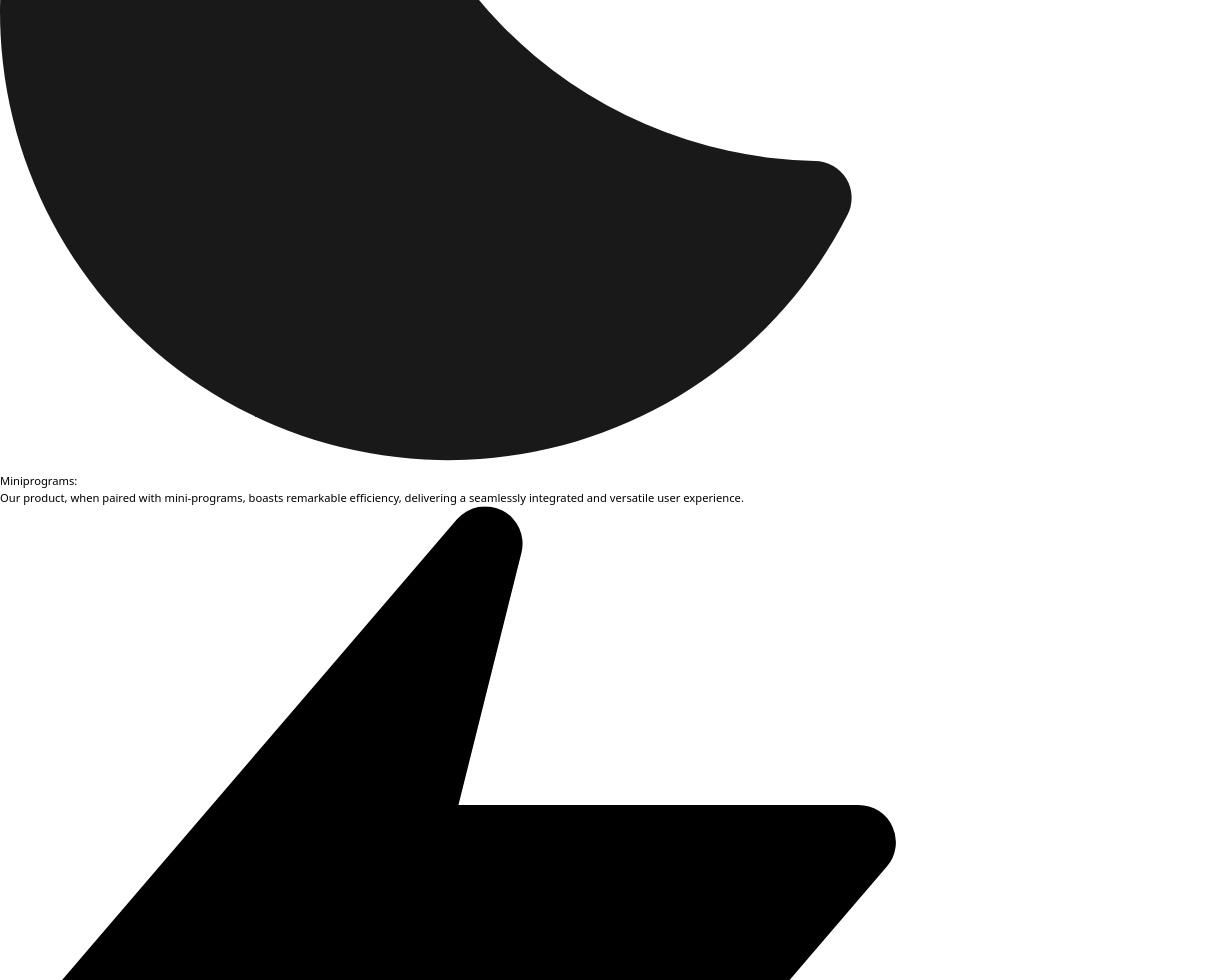
Repository: BarrySong97/flysky-landing
Page: /
The author's editor kept a copy of each file at every save. The page is drawn from the files as they stood at one save, then again after a run of saves.
The browser window is 1280 px wide. The page is 1760 px wide, so the pictures cover 1760 px, including what lies to the right of the window. The pictures show the part of the page from y = 4839 to 6239 px (the page is 23751 px tall), at 70% of full size.
The project was rebuilt for these pictures with package versions that can differ from the ones it lists, and the page was loaded fresh each time. Also part of the build but not shown: vite.config.js, src/partials/Banner.jsx, src/pages/SignIn.jsx, src/pages/SignUp.jsx, src/pages/ResetPassword.jsx.

Above is the page before, as saved 2023-12-10 09:49:36.

After the next 3 saves:
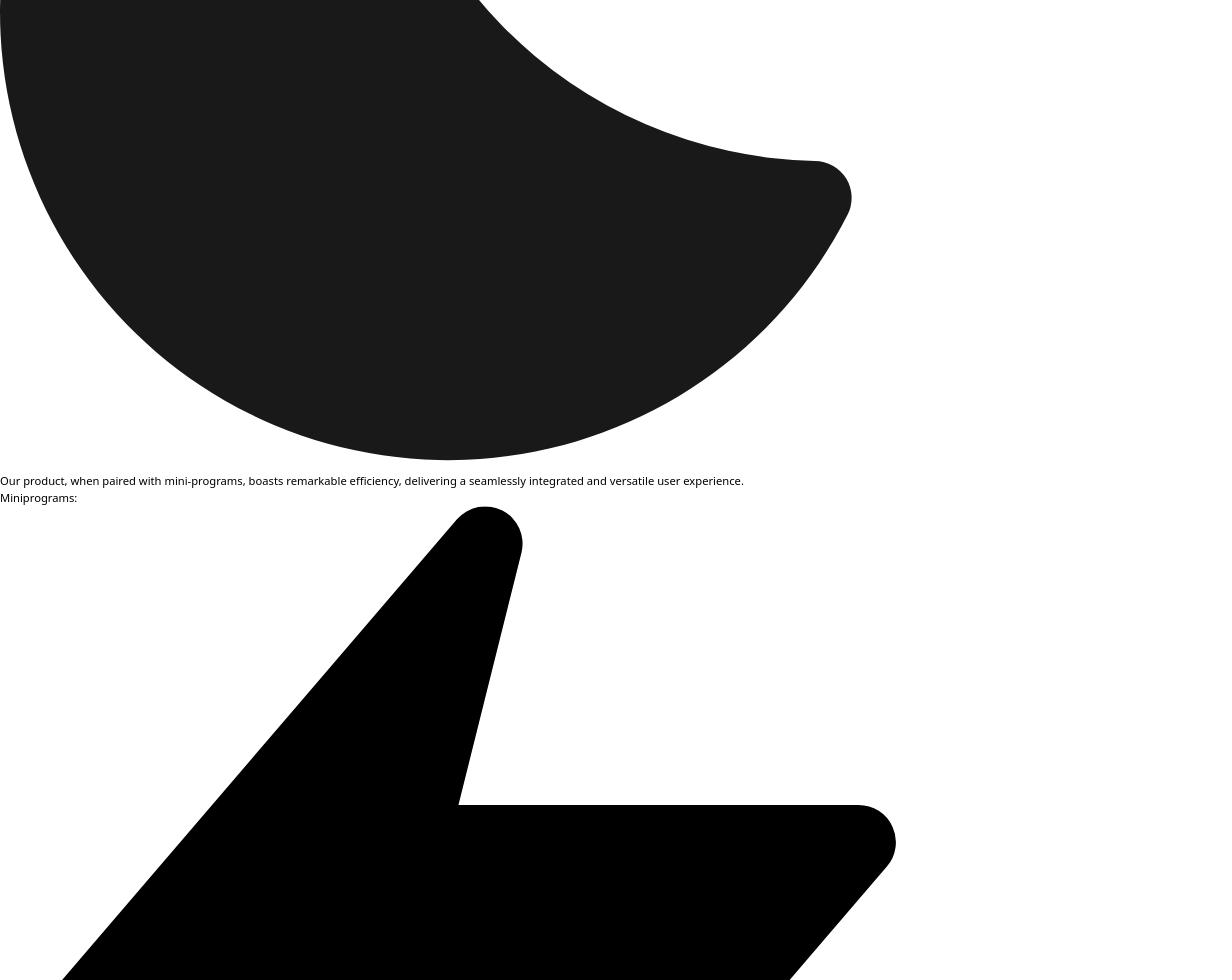
The 3 saves are shown as one change because they came seconds apart.
The last was saved 38 s later.
--- a/src/partials/Features.jsx
+++ b/src/partials/Features.jsx
@@ -173,15 +173,14 @@
                   }}
                 >
                   <div>
-                    <div className="font-bold leading-snug tracking-tight mb-1">
-                      Miniprograms:
-                    </div>
-                    <div className="font-bold leading-snug tracking-tight mb-1">
+                    <div className="text-gray-600">
                       Our product, when paired with mini-programs, boasts
                       remarkable efficiency, delivering a seamlessly integrated
                       and versatile user experience.
                     </div>
-                    <div className="text-gray-600"></div>
+                    <div className="font-bold leading-snug tracking-tight mb-1">
+                      Miniprograms:
+                    </div>
                   </div>
                   <div className="flex justify-center items-center w-8 h-8 bg-white rounded-full shadow flex-shrink-0 ml-3">
                     <svg

After the save that followed:
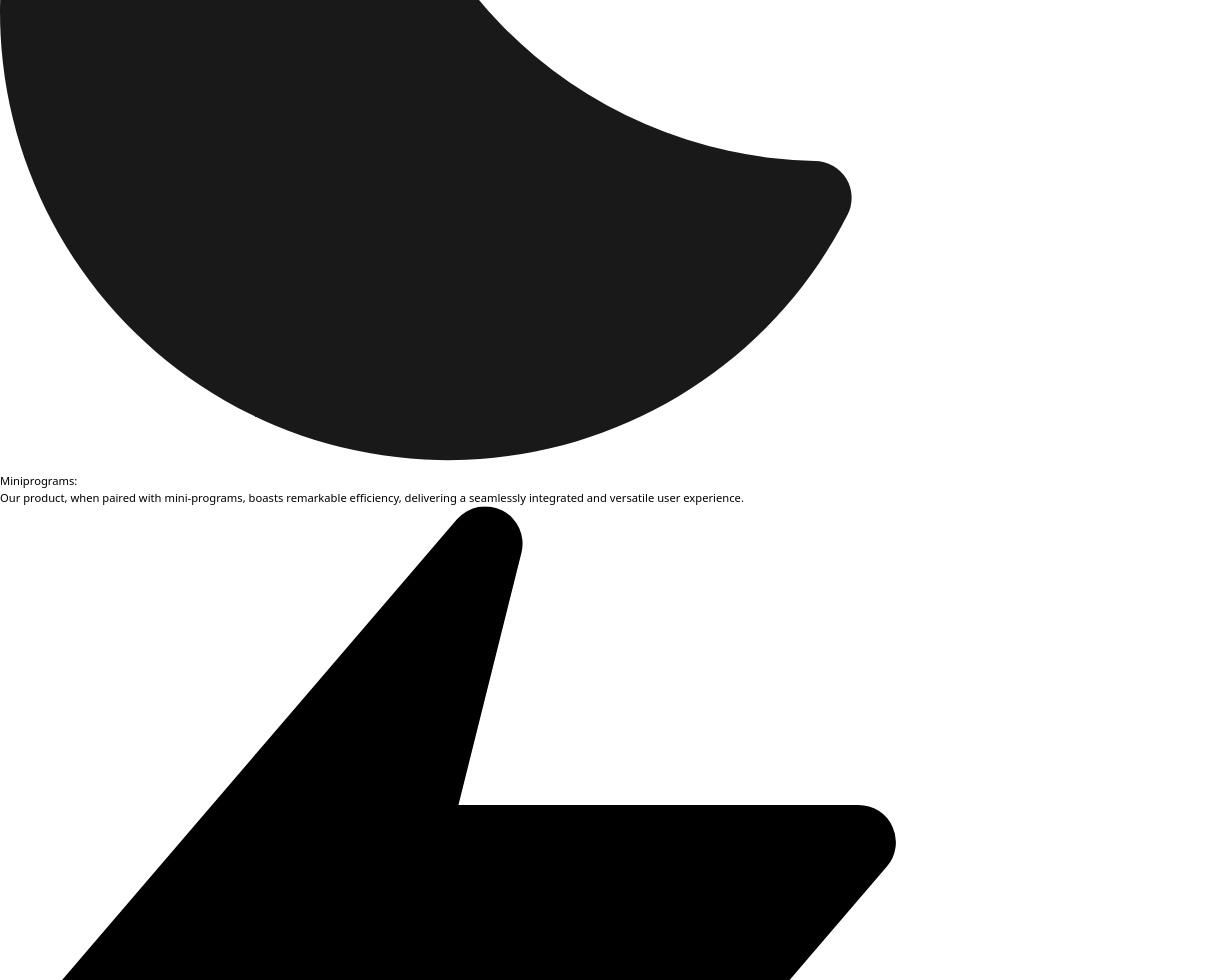
Saved 9 s later.
--- a/src/partials/Features.jsx
+++ b/src/partials/Features.jsx
@@ -173,13 +173,13 @@
                   }}
                 >
                   <div>
+                    <div className="font-bold leading-snug tracking-tight mb-1">
+                      Miniprograms:
+                    </div>
                     <div className="text-gray-600">
                       Our product, when paired with mini-programs, boasts
                       remarkable efficiency, delivering a seamlessly integrated
                       and versatile user experience.
-                    </div>
-                    <div className="font-bold leading-snug tracking-tight mb-1">
-                      Miniprograms:
                     </div>
                   </div>
                   <div className="flex justify-center items-center w-8 h-8 bg-white rounded-full shadow flex-shrink-0 ml-3">
